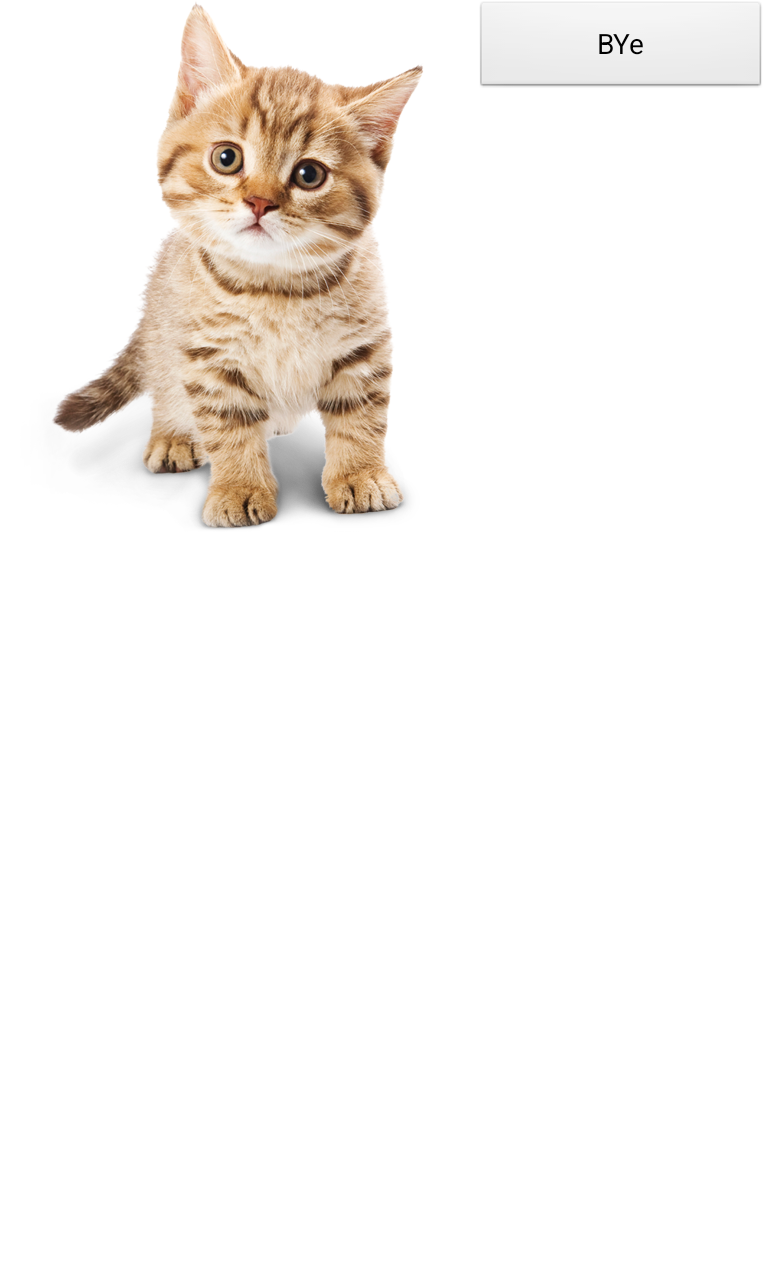
Repository: arjunpola/NDK
Layout: workspace/AndroidHellowWorld/res/layout/activity_main.xml
An editor plug-in stored every save of this project. The layout is shown before and after the next save, followed by the edit.
It is drawn on a 768 x 1280 px phone screen (xhdpi) without system bars, with theme AppTheme; the app's code is not run.

Above is the layout before, as saved 2012-11-08 03:43:43.

After the next save:
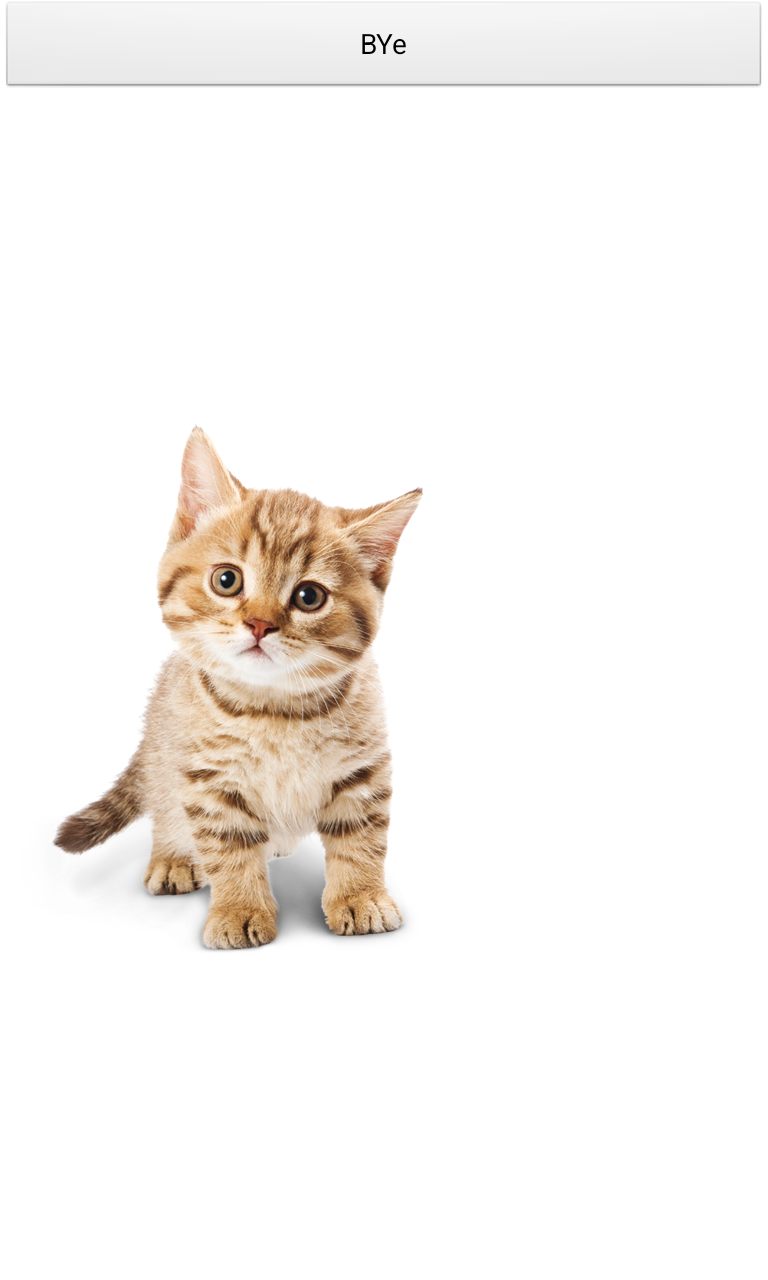
Saved 2 min 43 s later.
--- a/workspace/AndroidHellowWorld/res/layout/activity_main.xml
+++ b/workspace/AndroidHellowWorld/res/layout/activity_main.xml
@@ -1,24 +1,20 @@
 <LinearLayout xmlns:android="http://schemas.android.com/apk/res/android"
     xmlns:tools="http://schemas.android.com/tools"
     android:layout_width="match_parent"
-    android:layout_height="match_parent" >
+    android:layout_height="match_parent"
+    android:orientation="vertical" >
+
+    <Button
+        android:layout_width="match_parent"
+        android:layout_height="wrap_content"
+        android:onClick="onClick"
+        android:text="BYe" />
 
     <ImageView
         android:id="@+id/imageView1"
         android:layout_width="wrap_content"
-        android:layout_height="wrap_content"
+        android:layout_height="231dp"
+        android:layout_weight="0.70"
         android:src="@drawable/cat" />
 
-    <Button
-        android:layout_width="match_parent"
-        android:layout_height="wrap_content"
-        android:text="BYe"
-        android:onClick="onClick"
-        />
-
-
-
-
-
-
 </LinearLayout>
